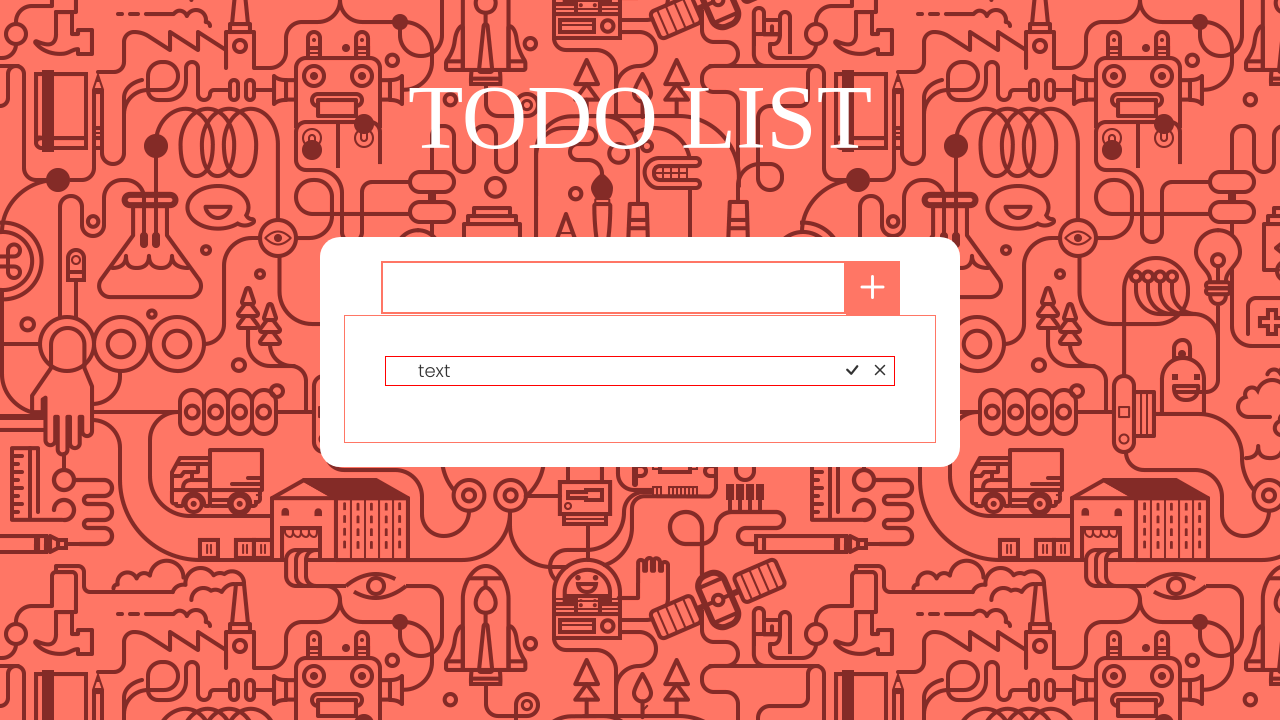
Repository: zum281/todo-list
Page: index.html
These files come from the project's save history. The page is drawn as it stood at one moment and after the next save; the edit follows.
The browser window is 1280 px wide. The pictures show the whole page.
Some web fonts or font styles are not loaded; a fallback is used. Some web libraries are served in a nearby version. The style sheet was rebuilt from its Sass, Less or Tailwind sources for each picture, by a compiler version that may differ from the author's.

Above is the page before, as saved 2021-03-05 16:53:56.

### index.html
<!DOCTYPE html>
<html lang="en">

    <head>
        <meta charset="UTF-8">
        <meta http-equiv="X-UA-Compatible" content="IE=edge">
        <meta name="viewport" content="width=device-width, initial-scale=1.0">

        <!-- Bootstrap CSS -->
        <link href="https://cdn.jsdelivr.net/npm/bootstrap@5.0.0-beta2/dist/css/bootstrap.min.css" rel="stylesheet"
            integrity="sha384-BmbxuPwQa2lc/FVzBcNJ7UAyJxM6wuqIj61tLrc4wSX0szH/Ev+nYRRuWlolflfl" crossorigin="anonymous">
        <!-- Option 1: Bootstrap Bundle with Popper -->
        <script src="https://cdn.jsdelivr.net/npm/bootstrap@5.0.0-beta2/dist/js/bootstrap.bundle.min.js"
            integrity="sha384-b5kHyXgcpbZJO/tY9Ul7kGkf1S0CWuKcCD38l8YkeH8z8QjE0GmW1gYU5S9FOnJ0" crossorigin="anonymous">
        </script>
        <link rel="stylesheet" href="https://cdn.jsdelivr.net/npm/bootstrap-icons@1.4.0/font/bootstrap-icons.css">
        <!--Jquery-->
        <script src="https://code.jquery.com/jquery-3.6.0.min.js"
            integrity="sha256-/xUj+3OJU5yExlq6GSYGSHk7tPXikynS7ogEvDej/m4=" crossorigin="anonymous"></script>

        <link rel="stylesheet" href="css/main.css">
        <title>Todo List</title>
    </head>

    <body>
        <h1 class="title">TODO LIST</h1>
        <div class="container main">
            <div class="add-todo-box">
                <input type="text" name="add-todo" id="add-todo">
                <div class="icon"><i class="bi bi-plus"></i></div>
            </div>
            <div class="todo-list-container">
                <ul class="todo-list">
                    <li class="todo-item"><span class="todo-text">text</span>
                        <div class="icons">
                            <div class="icon"><i class="bi bi-check"></i></div>
                            <div class="icon"><i class="bi bi-x"></i></div>
                        </div>
                    </li>
                </ul>
            </div>
        </div>
        <script src="js/main.js"></script>
    </body>

</html>

### sass/main.scss
@import url("https://fonts.googleapis.com/css2?family=Poppins:wght@300;400;500;600;700&display=swap");
@import url("https://fonts.googleapis.com/css2?family=Chelsea+Market&display=swap");

* {
    margin: 0;
    padding: 0;
    box-sizing: border-box;
}

body {
    font-weight: 300;
    font-family: "Poppins";
    background: url("/assets/science.png");
    //background-color: #f0f0f0;
    background-repeat: repeat;
    color: #333333;
}

.title {
    font-family: "Chelsea Market";
    text-align: center;
    font-size: 68pt;
    color: #fff;
    margin: 4rem auto;
}

.main {
    display: flex;
    flex-direction: column;
    align-items: center;
    justify-content: space-between;
    margin-top: 1rem;
    padding: 1.5rem;
    max-width: 50%;
    border-radius: 20px;
    background-color: #fff;

    .add-todo-box {
        width: 100%;
        display: flex;
        align-items: center;
        justify-content: center;

        input {
            border: none;
            border: 2px solid #ff7665;
            line-height: 1;
            padding: 0.5rem 1rem 0.5rem 1rem;
            font-size: 22px;
            color: #333333;
            &:focus {
                border-bottom: 2px solid #b25246;
                outline: none;
            }
        }
        .icon {
            background-color: #ff7665;
            display: grid;
            place-items: center;
            width: 54px;
            height: 54px;
            color: #fff;
            cursor: pointer;

            i {
                font-size: 48px;
                line-height: 1;
            }
        }
    }
    .todo-list-container {
        padding: 2.5rem;
        width: 100%;
        border: 1px solid #ff7665;
    }
    ul {
        //        padding-left: 0;
        border: 1px solid red;
    }
    .todo-item {
        display: flex;
        align-items: center;
        justify-content: space-between;
        font-size: 18px;

        .icons {
            display: flex;
            .icon {
                display: grid;
                place-items: center;
                width: 28px;
                height: 28px;
                i {
                    font-size: 24px;
                    line-height: 1;
                }
            }
        }
    }
}

Loaded but not shown: js/main.js (common file)

After the next save:
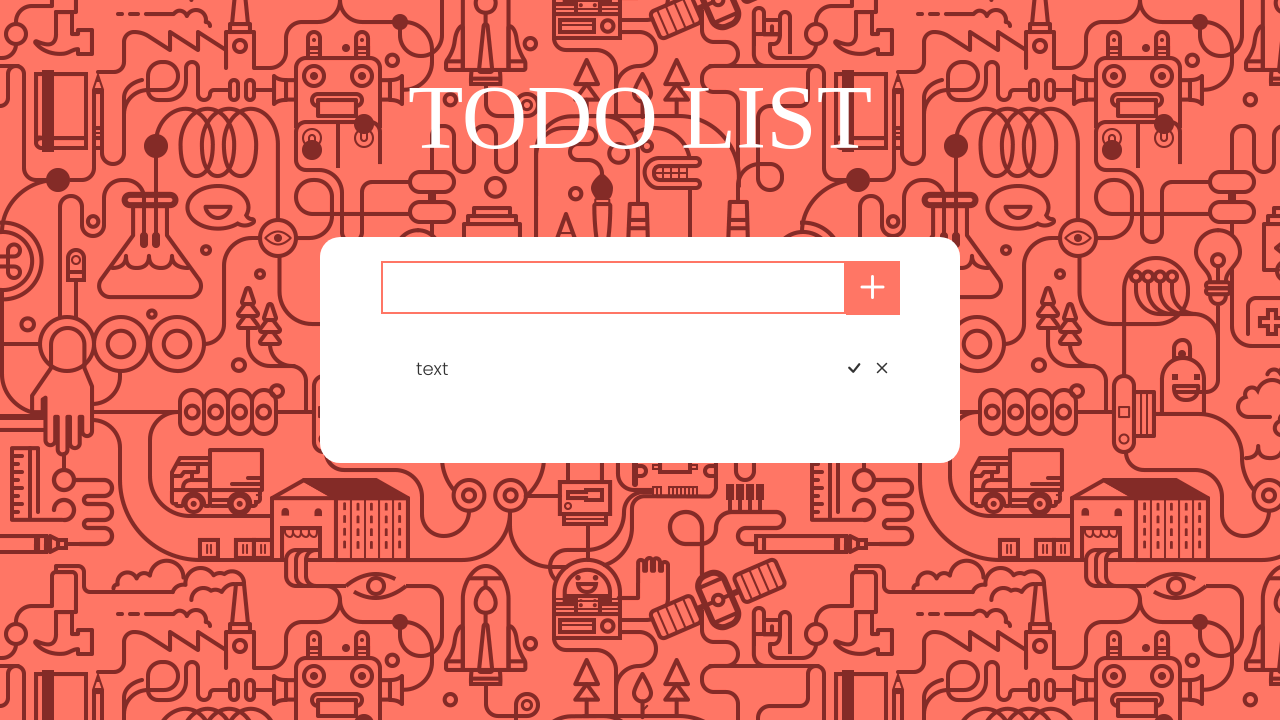
Saved 12 s later.
--- a/sass/main.scss
+++ b/sass/main.scss
@@ -71,11 +71,11 @@ body {
     .todo-list-container {
         padding: 2.5rem;
         width: 100%;
-        border: 1px solid #ff7665;
+        //border: 1px solid #ff7665;
     }
     ul {
         //        padding-left: 0;
-        border: 1px solid red;
+        //border: 1px solid red;
     }
     .todo-item {
         display: flex;
